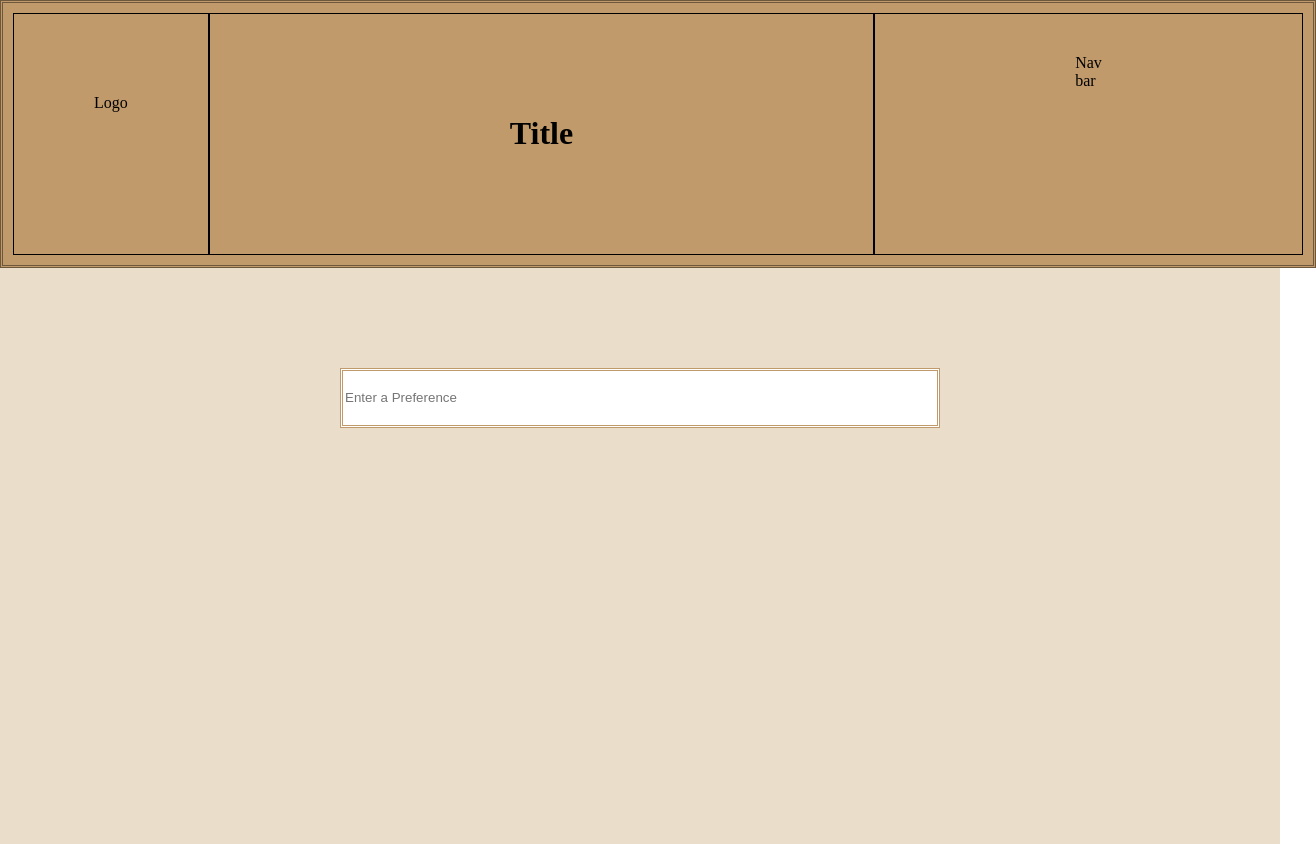
Repository: joshliu14/Travel-Mug
Page: /search
An editor plug-in stored every save of this project. The page is shown before and after the next save, followed by the edit.
The browser window is 1280 px wide. The page is 1316 px wide, then 1280 px, so the pictures cover 1316 px, including what lies to the right of the window. The pictures show the whole page.
The project was rebuilt for these pictures with package versions that can differ from the ones it lists, and the page was loaded fresh each time.

Above is the page before, as saved 2024-01-02 13:00:15.

After the next save:
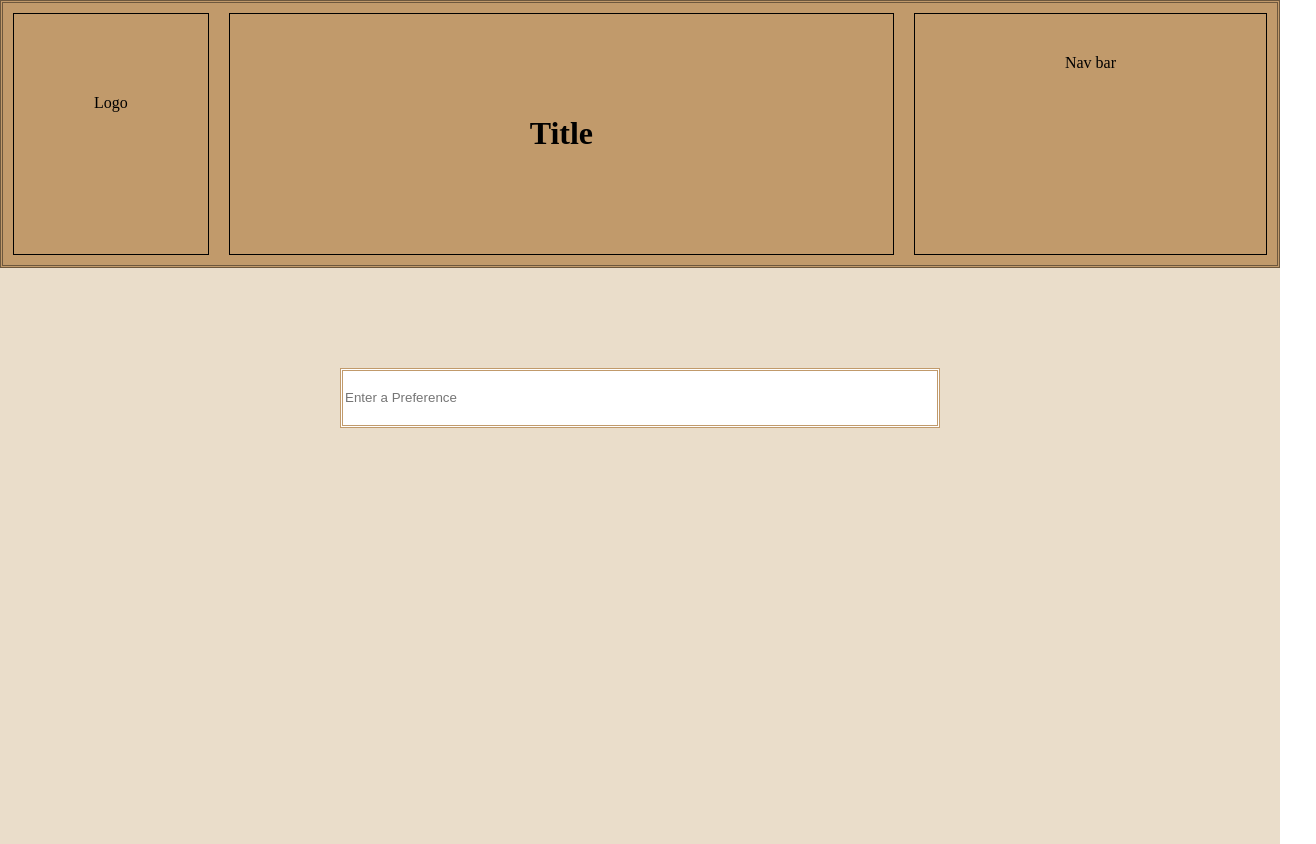
Saved 6 s later.
--- a/src/Home.css
+++ b/src/Home.css
@@ -21,7 +21,7 @@
 }
 
 .nav {
-  padding: 40px 200px;
+  padding: 40px 150px;
   border: 1px solid black;
 }
 
